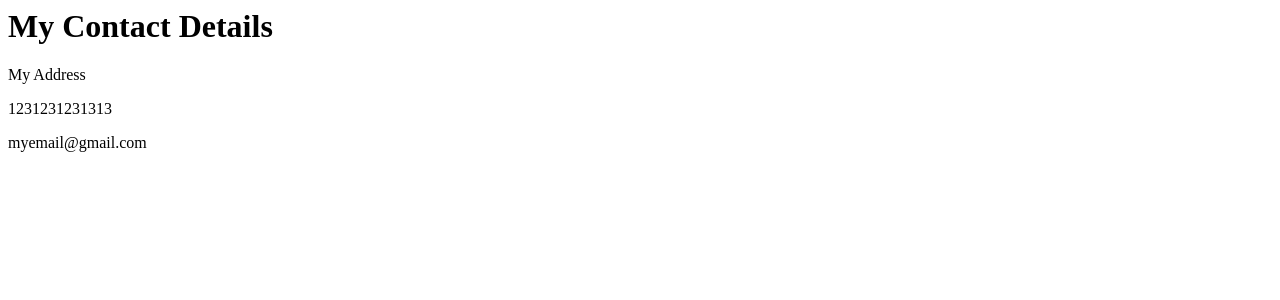
Repository: Isanderr/simple_landing_page-1
Page: contact.html
An editor plug-in stored every save of this project. The page is shown before and after the next save, followed by the edit.
The browser window is 1280 px wide. The pictures show the whole page.

Above is the page before, as saved 2019-01-28 23:22:52.

After the next save:
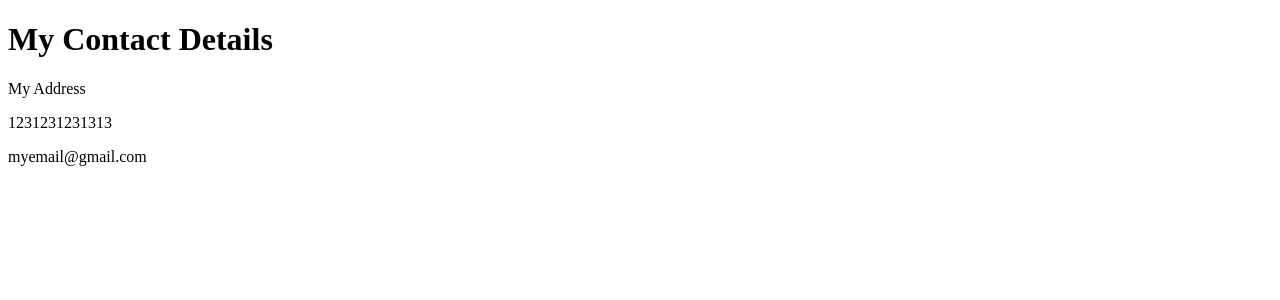
Saved 87 s later.
--- a/contact.html
+++ b/contact.html
@@ -1,4 +1,19 @@
-<h1>My Contact Details</h1>
-<p>My Address</p>
-<p>1231231231313</p>
-<p>myemail@gmail.com</p>
+<!DOCTYPE html>
+<html lang="en">
+
+    <head>
+        <meta charset="UTF-8">
+        <meta name="viewport" content="width=device-width, initial-scale=1.0">
+        <meta http-equiv="X-UA-Compatible" content="ie=edge">
+        <title>Document</title>
+    </head>
+
+    <body>
+        <h1>My Contact Details</h1>
+        <p>My Address</p>
+        <p>1231231231313</p>
+        <p>myemail@gmail.com</p>
+        <form action=""></form>
+    </body>
+
+</html>
